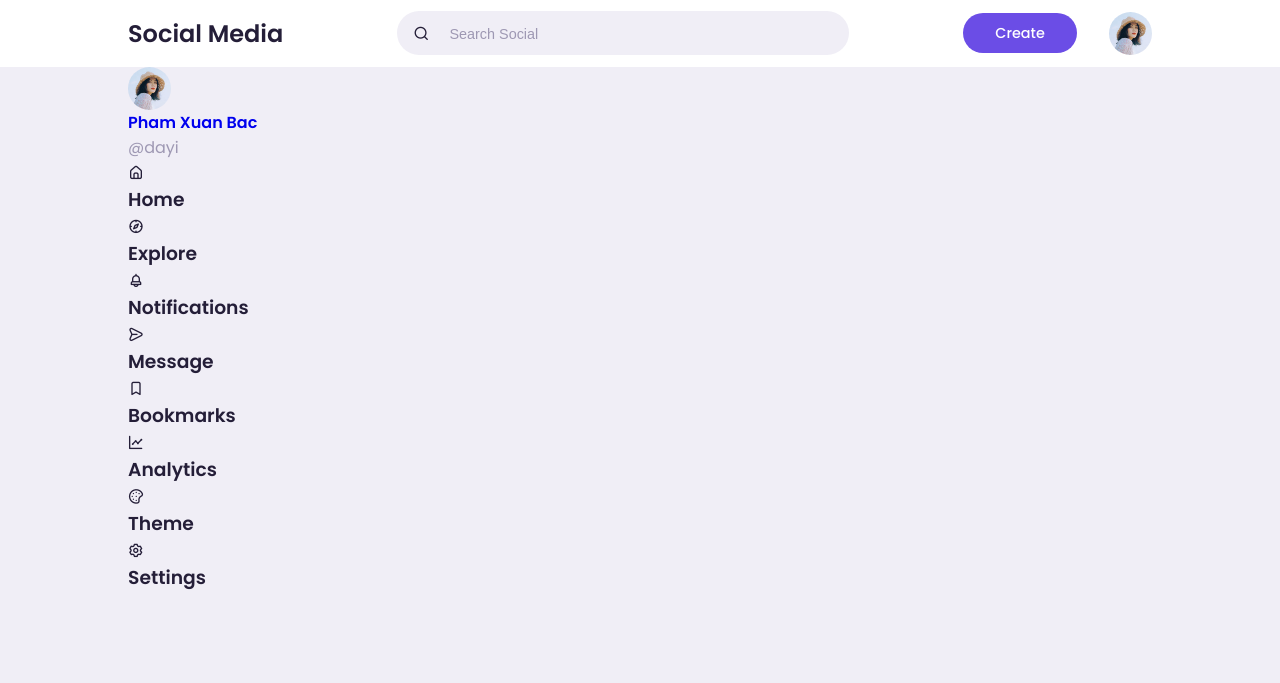
Repository: northpx/socialMedia
Page: index.html
The author's editor kept a copy of each file at every save. The page is drawn from the files as they stood at one save, then again after the next save.
The browser window is 1280 px wide. The pictures show the whole page.

Above is the page before, as saved 2023-03-07 17:02:14.

### index.html
<!DOCTYPE html>
<html lang="en">
<head>
    <meta charset="UTF-8">
    <meta http-equiv="X-UA-Compatible" content="IE=edge">
    <meta name="viewport" content="width=device-width, initial-scale=1.0">
    <link rel="stylesheet" href="/css/style.css">
    <link rel="stylesheet" href="https://unicons.iconscout.com/release/v4.0.0/css/line.css">
    <title>Social Media</title>
</head>
<body>
    <nav>
        <div class="container">
            <h2 class="logo">
                Social Media
            </h2>
            <div class="search-bar">
                <i class="uil uil-search"></i>
                <input type="search" placeholder="Search Social">
            </div>
            <div class="create">
                <label for="create-post" class="btn btn-primary">Create</label>
                <div class="profile-picture">
                    <img src="./images/profile-1.jpg" alt="">
                </div>
            </div>
        </div>
    </nav>

    <main>
        <div class="container">
            <!-- ===========LEFT================ -->
            <div class="left">
                <a href="#" class="profile">
                    <div class="profile-picture">
                        <img src="./images/profile-1.jpg" alt="">
                    </div>
                    <div class="handle">
                        <h4>Pham Xuan Bac</h4>
                        <p class="text-muted">
                            @dayi
                        </p>
                    </div>
                </a>
                <!-- =================SIDEBAR=========== -->
                <div class="sidebar">
                    <a class="menu-item active">
                        <span><i class="uil uil-estate"></i></span><h3>Home</h3>
                    </a>
                    <a class="menu-item active">
                        <span><i class="uil uil-compass"></i></span><h3>Explore</h3>
                    </a>
                    <a class="menu-item active">
                        <span><i class="uil uil-bell"></i></span><h3>Notifications</h3>
                    </a>


                    <span><i class="uil uil-message"></i></span><h3>Message</h3>
                    <span><i class="uil uil-bookmark"></i></span><h3>Bookmarks</h3>
                    <span><i class="uil uil-chart-line"></i></span><h3>Analytics</h3>
                    <span><i class="uil uil-palette"></i></span><h3>Theme</h3>
                    <span><i class="uil uil-setting"></i></span><h3>Settings</h3>
                </div>
            </div>
            <!-- ===============MIDDLE============== -->
            <div class="middle">

            </div>
            <!-- ==============RIGHT============== -->
            <div class="right">

            </div>
        </div>
    </main>
</body>
</html>

### css/style.css
@import url("https://fonts.googleapis.com/css2?family=Poppins:ital,wght@0,400;0,500;0,600;1,400;1,500;1,600&family=Roboto:ital,wght@0,100;0,300;0,400;0,500;0,700;0,900;1,100;1,300;1,400;1,500;1,700;1,900&display=swap");
:root {
  --color-white: hsl(252,30%,100%);
  --color-light: hsl(252,30%,95%);
  --color-gray: hsl(252,15%,65%);
  --color-primary: hsl(252,75%,60%);
  --color-secondary: hsl(252,100%,90%);
  --color-success: hsl(120,95%,65%);
  --color-danger: hsl(0,95%,65%);
  --color-dark: hsl(252,30%,17%);
  --color-black: hsl(252,30%,10%);
  --border-radius: 2rem;
  --card-border-radius: 1rem;
  --btn-padding: 0.6rem 2rem;
  --search-padding: 0.6rem 1rem;
  --card-padding: 1rem;
  --sticky-top-left: 5.4rem;
  --sticky-top-right: -18rem;
}

*, *::before, *::after {
  margin: 0;
  padding: 0;
  outline: 0;
  box-sizing: border-box;
  text-decoration: none;
  list-style: none;
  border: none;
}

body {
  font-family: "Poppins", sans-serif;
  color: var(--color-dark);
  background: var(--color-light);
  overflow-x: hidden;
}

.container{
    width: 80%;
    margin: 0 auto;
}

.profile-picture{
    width: 2.7rem;
    aspect-ratio: 1/1;
    border-radius: 50%;
    overflow: hidden;
}

img{
    display: block;
    width: 100%;
}

.btn{
    display:  inline-block;
    padding: var(--btn-padding);
    font-weight: 500;
    border-radius: var(--border-radius);
    cursor: pointer;
    transition: all .3s ease;
    font-size: 0.9rem;
}

.btn:hover{
    opacity: 0.8;
}

.btn-primary{
    background: var(--color-primary);
    color: white;
}

.text-bold{
    font-weight: 500;
}

.text-muted{
    color: var(--color-gray);
}

nav{
    width: 100%;
    background: var(--color-white);
    padding: 0.7rem 0;
    top: 0;
    z-index: 10;
}

nav .container{
    display: flex;
    align-items: center;
    justify-content: space-between;
}

nav .search-bar{
    background: var(--color-light);
    border-radius: var(--border-radius);
    padding: var(--search-padding);
}

nav .search-bar input[type="search"]{
    background: transparent;
    width: 30vw;
    margin-left: 1rem;
    font-size: 0.9rem;
    color: var(--color-dark);
}

nav .search-bar input[type="search"]::placeholder{
    color: var(--color-gray);

}

nav .create{
    display: flex;
    align-items: center;
    gap: 2rem;
}

After the next save:
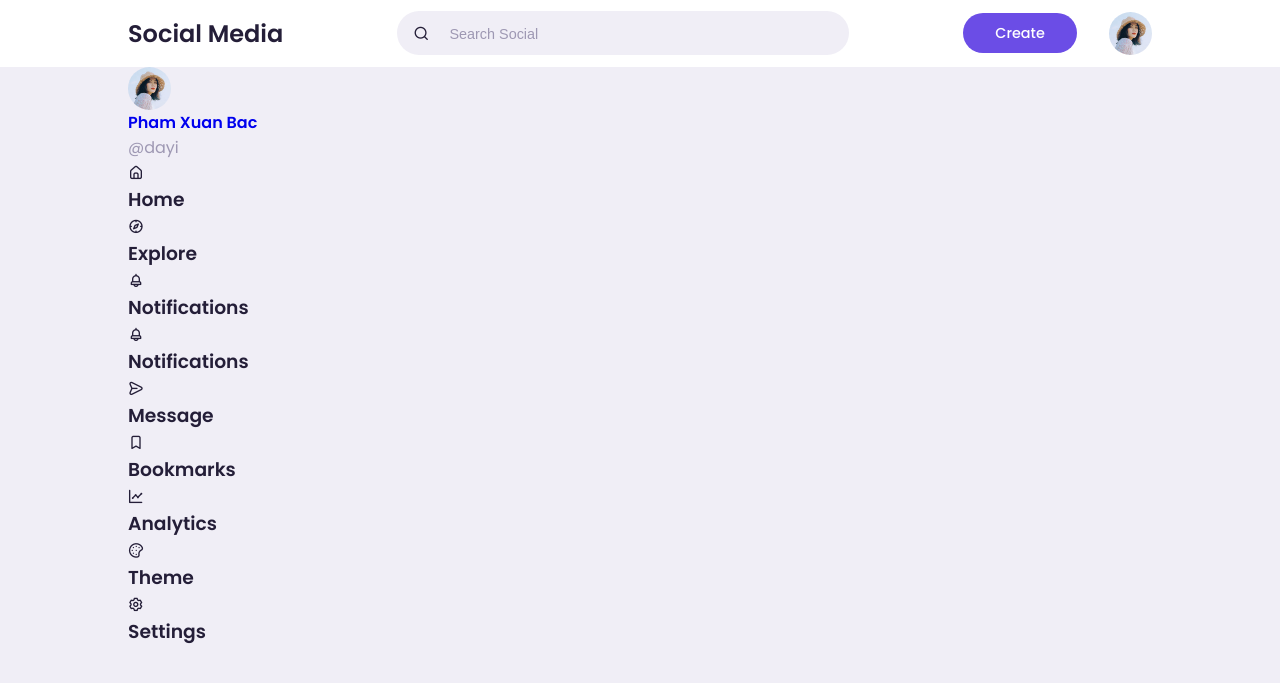
Saved 4 s later.
--- a/index.html
+++ b/index.html
@@ -53,6 +53,9 @@
                     <a class="menu-item active">
                         <span><i class="uil uil-bell"></i></span><h3>Notifications</h3>
                     </a>
+                    <a class="menu-item active">
+                        <span><i class="uil uil-bell"></i></span><h3>Notifications</h3>
+                    </a>
 
 
                     <span><i class="uil uil-message"></i></span><h3>Message</h3>
